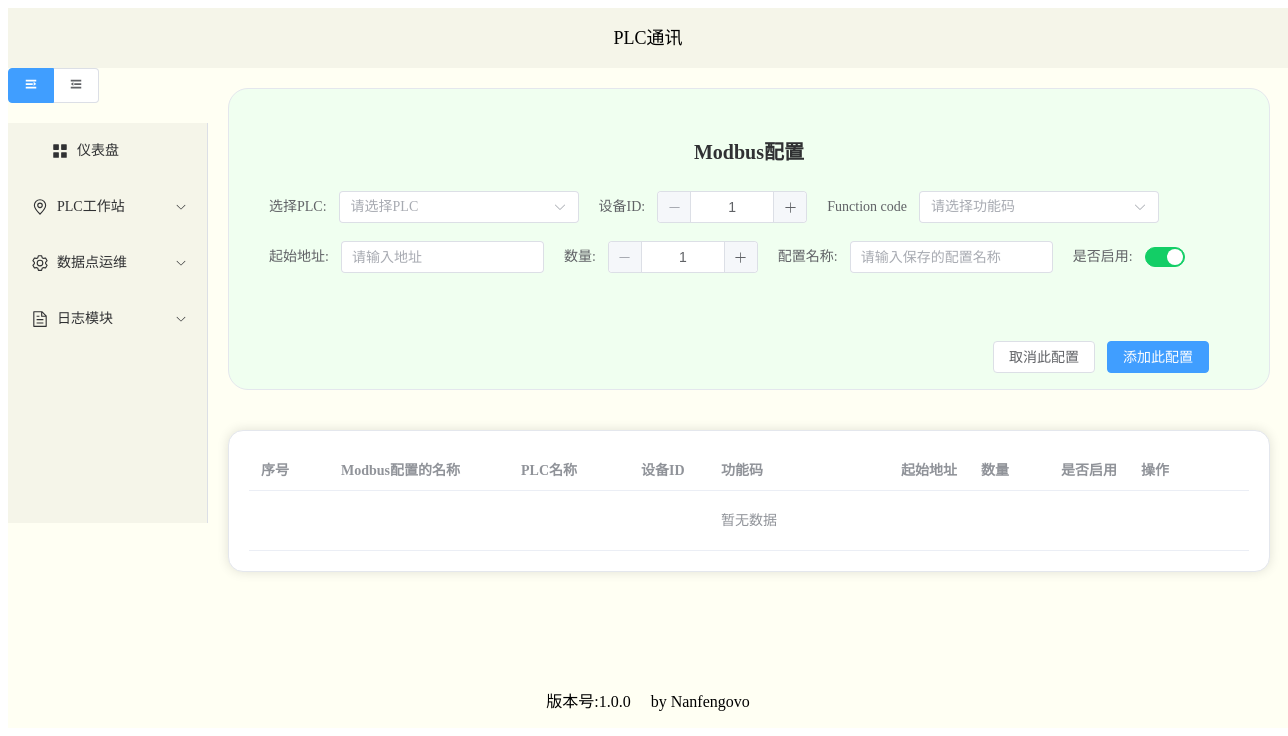
Repository: nanfengovo/HelperWorkStation
Page: /#/frameWork/DataPointOperations/Modbus (app in HelperWorkStation/plchelper-ui/)
The author's editor kept a copy of each file at every save. The page is drawn from the files as they stood at one save, then again after the next save.
The browser window is 1280 px wide. The page is 1288 px wide, so the pictures cover 1288 px, including what lies to the right of the window. The pictures show the whole page.
The page's requests for data from a server got no answer. The project was rebuilt for these pictures with package versions that can differ from the ones it lists, and the page was loaded fresh each time. No one was signed in, and anything a server would have sent is missing. Also part of the build but not shown: HelperWorkStation/plchelper-ui/vite.config.ts, HelperWorkStation/plchelper-ui/src/views/Login/index.vue.

Above is the page before, as saved 2025-02-13 00:07:02.

After the next save:
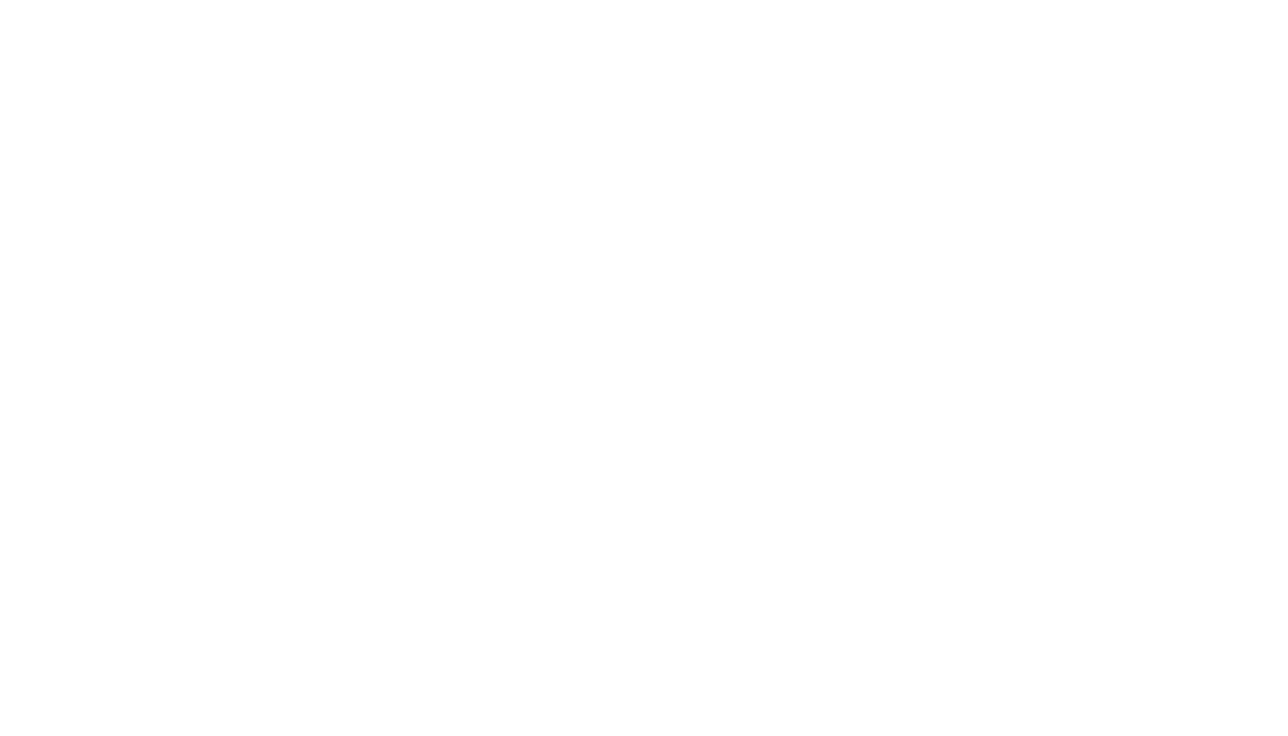
Console error: ReferenceError: onUnmounted is not defined
Saved 4 s later.
--- a/HelperWorkStation/plchelper-ui/src/views/FrameWork/layout/DataPointOperations/Modbus/index.vue
+++ b/HelperWorkStation/plchelper-ui/src/views/FrameWork/layout/DataPointOperations/Modbus/index.vue
@@ -586,6 +586,8 @@
     }
 };
 
+    // 组件卸载时停止监控
+    onUnmounted(stopWatching);
 </script>
 
 <style >

After the save that followed:
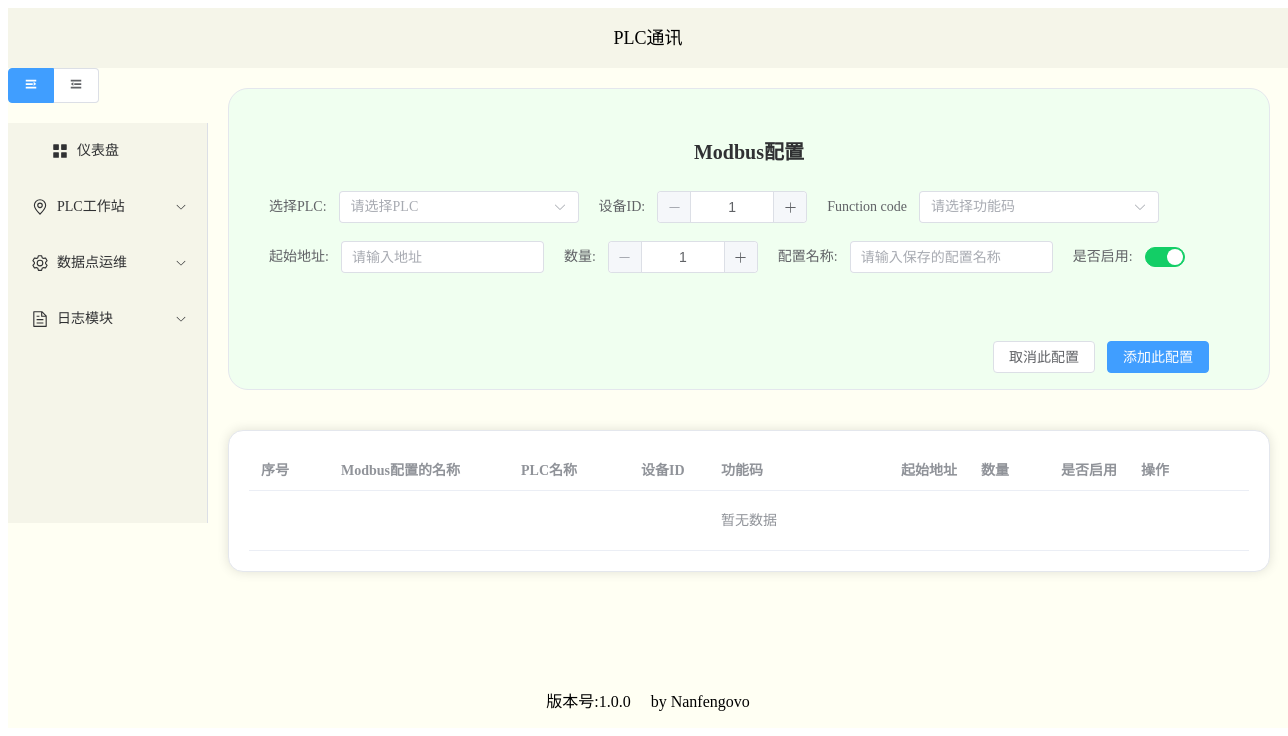
The error is gone.
Saved 20 s later.
--- a/HelperWorkStation/plchelper-ui/src/views/FrameWork/layout/DataPointOperations/Modbus/index.vue
+++ b/HelperWorkStation/plchelper-ui/src/views/FrameWork/layout/DataPointOperations/Modbus/index.vue
@@ -202,7 +202,7 @@
 import { Watch } from '@element-plus/icons-vue';
 import axios from 'axios';
 import { ElMessage, ElMessageBox, ElNotification, type DrawerProps } from 'element-plus';
-import { onMounted, reactive, ref } from 'vue';
+import { onMounted, onUnmounted, reactive, ref } from 'vue';
 
 const editFormVisible = ref(false);
 const form = ref<{id?:number, plcName: string,slaveId: number,functionCode:string,startAddress:string, num:number, modbusName: string,isOpen:boolean}>({id:0, plcName: '',slaveId: 1,functionCode:'',startAddress:'', num:1, modbusName: '',isOpen: true});
@@ -587,7 +587,7 @@
 };
 
     // 组件卸载时停止监控
-    onUnmounted(stopWatching);
+    onUnmounted(stopWatchStatus);
 </script>
 
 <style >
